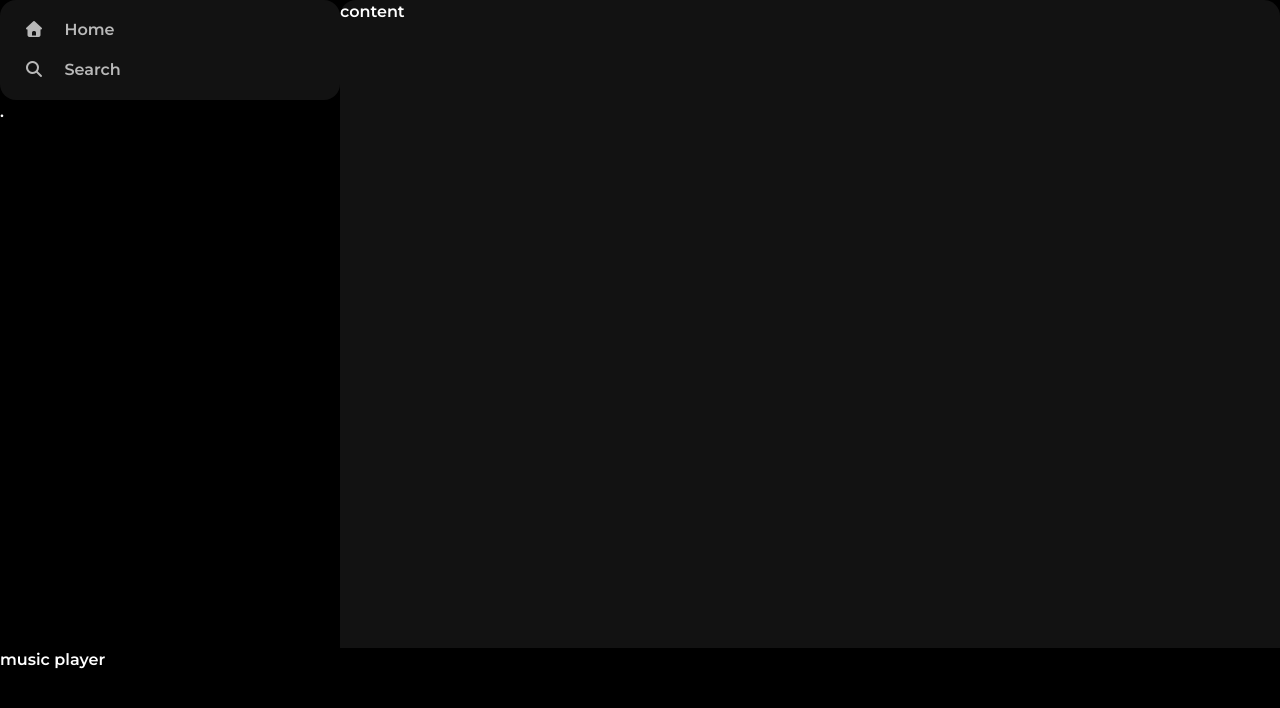
Repository: ketanBisht/spotifyFrontEnd
Page: index.html
An editor plug-in stored every save of this project. The page is shown before and after a run of saves, followed by the edit.
The browser window is 1280 px wide. The pictures show the whole page.
Some web fonts or font styles are not loaded; a fallback is used. Some web libraries are served in a nearby version.

Above is the page before, as saved 2025-08-19 19:44:18.

After the next 2 saves:
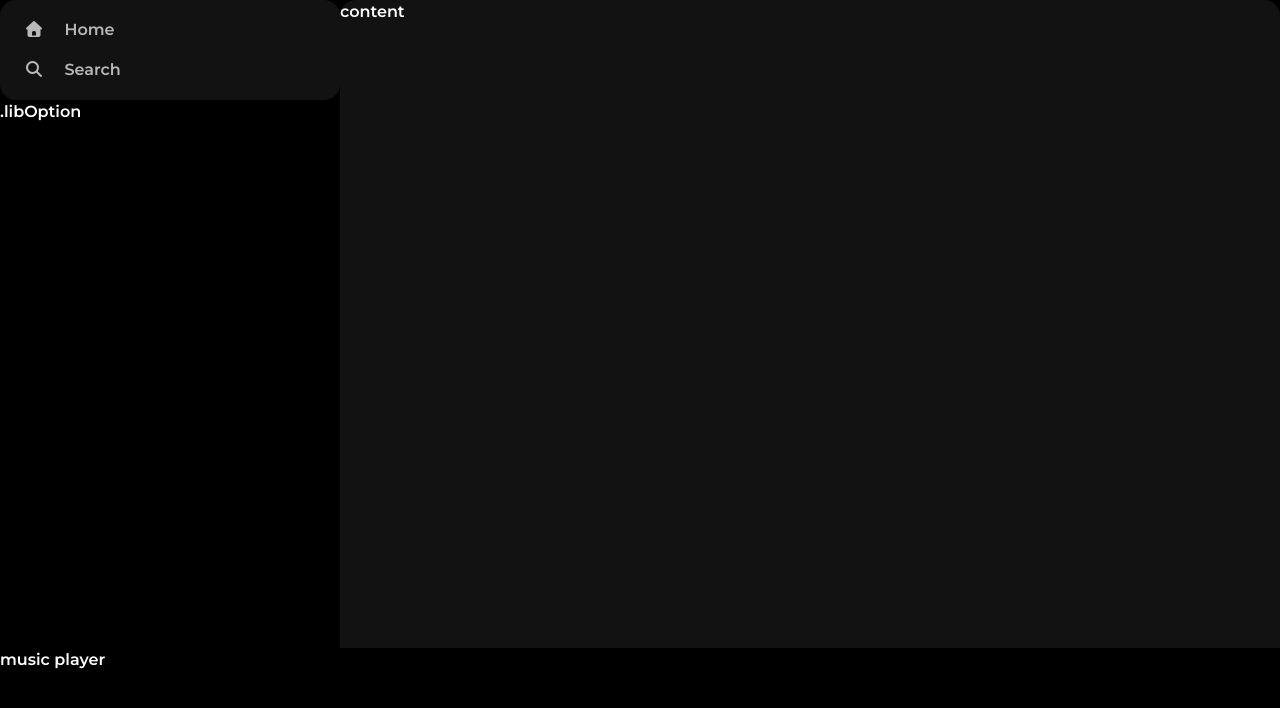
The 2 saves are shown as one change because they came seconds apart.
The last was saved 10 s later.
--- a/index.html
+++ b/index.html
@@ -28,7 +28,7 @@
             </div>
             <div class="library">
                 <div class="options">
-                    .
+                    .libOption
                 </div>
             </div>
         </div>
